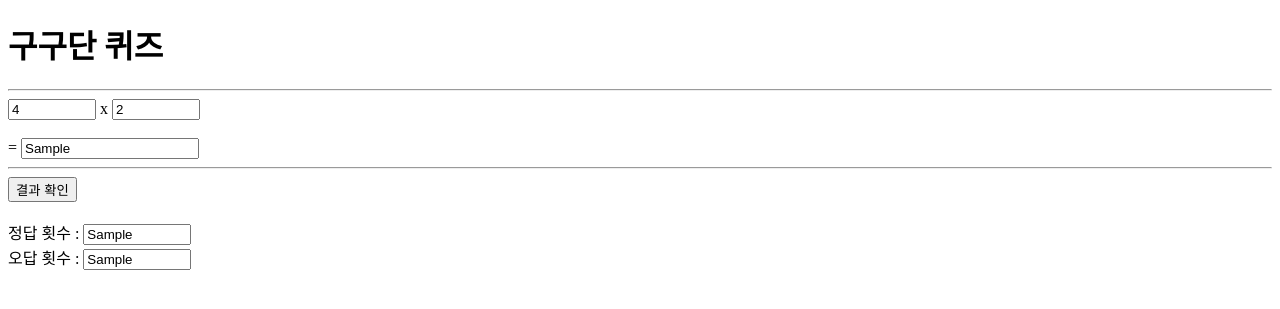
Repository: Baechangho/JavaBasic
Page: workspace_web/Front/src/main/webapp/event/gugudan_quiz.html
These files come from the project's save history. The page is drawn as it stood at one moment and after the next save; the edit follows.
The browser window is 1280 px wide. The pictures show the whole page.
Empty fields were first filled with sample values (such as "Sample", 5 or name@example.com).
After loading, the first visible `#calc` was clicked once.

Above is the page before, as saved 2023-08-09 00:30:58.

### workspace_web/Front/src/main/webapp/event/gugudan_quiz.html
<!DOCTYPE html>
<html>
<head>
<meta charset="UTF-8">
<title>Insert title here</title>
<style type="text/css">
#n1, #n2{
	width: 80px;
}
#answer{
	width: 170px;
}
#correct, #incorrect{
	width: 100px;
}
</style>

<script type="text/javascript">
window.onload = function(){

	n1.value = randomNumber(8, 2)	//2~9
	n2.value = randomNumber(9, 1)	//1~9

	calc.onclick = function(){
		console.log('calc click')
	}
}

function randomNumber(count, start){
	return Math.floor(Math.random() * count) + start
}



</script>
</head>
<body>

<!-- Math.random() 함수 이용하여 숫자 2개 생성하기 -->
<!-- 사용자의 입력 받기 -->
<!-- "결과 확인"버튼을 눌렀을 때 정답/오답 판단 결과 적용 -->
<!-- ** 태그 내용 수정해도 괜찮음 -->

<h1>구구단 퀴즈</h1>
<hr>

<input type="text" id="n1"> x <input type="text" id="n2"><br><br>
= <input type="text" id="answer">

<hr>

<input type="button" value="결과 확인" id="calc"><br><br>

정답 횟수 : <input type="text" id="correct"><br>
오답 횟수 : <input type="text" id="incorrect">

</body>
</html>

After the next save:
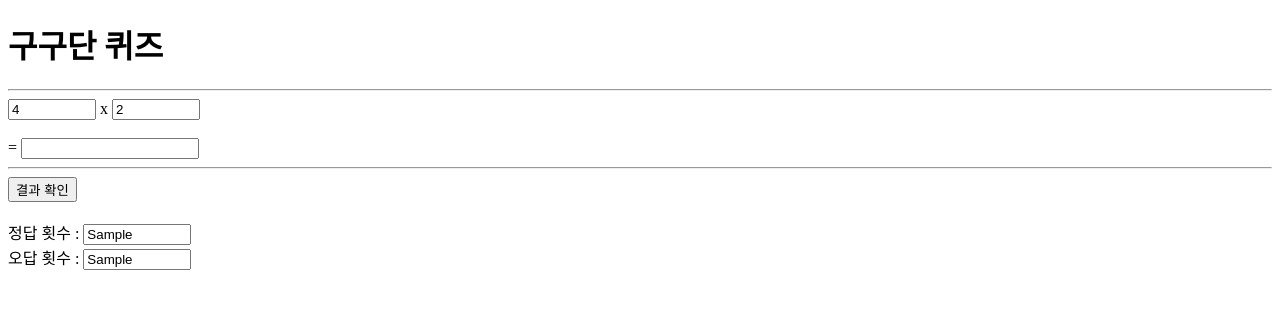
Saved 76 s later.
--- a/workspace_web/Front/src/main/webapp/event/gugudan_quiz.html
+++ b/workspace_web/Front/src/main/webapp/event/gugudan_quiz.html
@@ -23,6 +23,12 @@
 
 	calc.onclick = function(){
 		console.log('calc click')
+
+		//정답 숫자를 입력하지 않았으면
+		if(answer.value = ''){
+			alert('문제의 답을 입력하세요')
+			return
+		}
 	}
 }
 

After the save that followed:
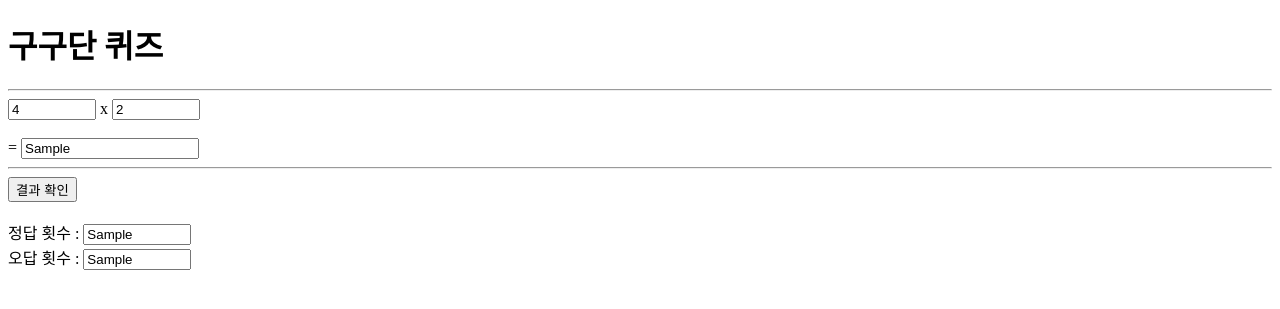
Saved 29 s later.
--- a/workspace_web/Front/src/main/webapp/event/gugudan_quiz.html
+++ b/workspace_web/Front/src/main/webapp/event/gugudan_quiz.html
@@ -25,7 +25,7 @@
 		console.log('calc click')
 
 		//정답 숫자를 입력하지 않았으면
-		if(answer.value = ''){
+		if(answer.value == ''){
 			alert('문제의 답을 입력하세요')
 			return
 		}
